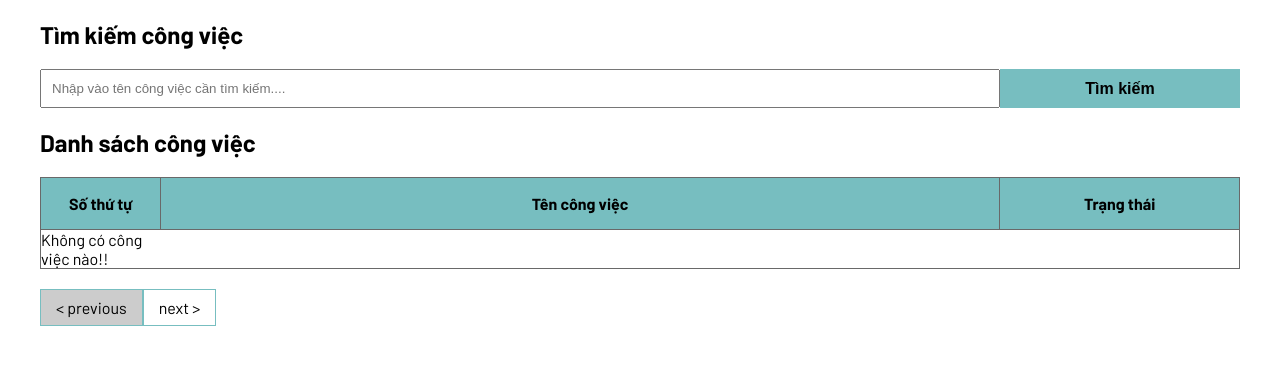
Repository: OkazakiTruong/searchReact
Page: /
The author's editor kept a copy of each file at every save. The page is drawn from the files as they stood at one save, then again after the next save.
The browser window is 1280 px wide. The pictures show the whole page.
The page's requests for data from a server got no answer. The project was rebuilt for these pictures with package versions that can differ from the ones it lists, and the page was loaded fresh each time. No one was signed in, and anything a server would have sent is missing. Also part of the build but not shown: vite.config.js.

Above is the page before, as saved 2024-01-13 22:51:51.

### src/App.jsx
import React from "react";
import { SearchAppContainer } from "./SearchApp/SearchAppContainer";

export const App = () => {
  return (
    <div className="app">
      <SearchAppContainer />
    </div>
  );
};

### src/index.css
@import url("https://fonts.googleapis.com");
@import url("https://fonts.gstatic.com");
@import url("https://fonts.googleapis.com/css2?family=Barlow:ital,wght@0,100;0,200;0,300;0,400;0,500;0,600;0,700;0,800;0,900;1,100;1,200;1,300;1,400;1,500;1,600;1,700;1,800;1,900&display=swap");

* {
  padding: 0;
  margin: 0;
  box-sizing: border-box;
}

body {
  font-family: "Barlow", sans-serif;
}
ul,
li {
  list-style: none;
}

.app {
  max-width: 1250px;
  padding: 0 25px;
  margin: 0 auto;
}

### src/SearchApp/SearchAppContainer.jsx
import React, { useCallback, useEffect, useState, useRef } from "react";
import { ListTodo } from "./Todo/ListTodo";
import { Search } from "./Search/Search";
import { Pagination } from "./Pagination/Pagination";
import debounce from "lodash.debounce";
export const SearchAppContainer = () => {
  const [todos, setTodos] = useState(null);
  const [todoSearch, setTodosSearch] = useState(null);
  const [totalPage, setTotalPage] = useState(null);
  const [currentPage, setCurrentPage] = useState(1);
  const [filter, setFilter] = useState({
    title_like: "",
  });
  // const debounceDropDown = useRef(
  //   debounce((nextValue) => fetchDropdownOptions(nextValue), 1000)
  // ).current;
  useEffect(() => {
    const params = new URLSearchParams(filter).toString();
    //fetch api
    fetch(
      `https://jsonplaceholder.typicode.com/todos?_page=${currentPage}&_limit=10&${params}`,
      {
        method: "GET",
        headers: {
          "Content-type": "application/json",
        },
      }
    )
      .then((response) => {
        setTotalPage(Math.ceil(+response.headers.get("x-total-count") / 10));
        return response.json();
      })
      .then((data) => {
        console.log(data);
        setTodos(data);
      });
  }, [currentPage, filter]);
  const handlePageClick = (event) => {
    setCurrentPage(++event.selected);
  };
  const handleSearch = (event) => {
    const dataSearch = event.target.value;
    setFilter({ ...filter, title_like: `${dataSearch}` });
  };
  return (
    <div>
      <Search todos={todos} handleSearch={handleSearch} />
      <ListTodo todos={todos} />
      <Pagination totalPage={totalPage} handlePageClick={handlePageClick} />
    </div>
  );
};

### src/SearchApp/Todo/ListTodo.jsx
import React from "react";
import "./listTodo.css";

export const ListTodo = ({ todos }) => {
  return (
    <>
      <h2>Danh sách công việc</h2>
      <table>
        <tbody>
          <tr>
            <th className="numerical-order">Số thứ tự</th>
            <th className="todo-name">Tên công việc</th>
            <th className="status">Trạng thái</th>
          </tr>
          {!todos
            ? "Không có công việc nào!!"
            : todos.map((todo, index) => (
                <tr key={todo.id}>
                  <td className="numeric-order">{todo.id}</td>
                  <td>{todo.title}</td>
                  <td>
                    {todo.completed ? "Đã hoàn thành" : "Chưa hoàn thành"}
                  </td>
                </tr>
              ))}
        </tbody>
      </table>
    </>
  );
};

### src/SearchApp/Search/Search.jsx
import React, { useRef } from "react";
import "./Search.css";

export const Search = ({ todos, handleSearch }) => {
  const suggestRef = useRef(null);
  const inputRef = useRef(null);
  const handleFocus = () => {
    console.log(suggestRef.current);
    suggestRef.current.classList.add("active");
  };
  const handleBlur = () => {
    // suggestRef.current.classList.remove("active");
  };
  return (
    <div className="search-container">
      <h2>Tìm kiếm công việc</h2>
      <form action="#">
        <div className="search-bar">
          <input
            type="text"
            placeholder="Nhập vào tên công việc cần tìm kiếm...."
            ref={inputRef}
            onFocus={handleFocus}
            onBlur={handleBlur}
            onChange={(e) => {
              handleSearch(e);
            }}
          />
          <button>Tìm kiếm</button>
        </div>
      </form>
      <div className="search-suggest" ref={suggestRef}>
        {todos === null
          ? "Không có todo nào"
          : todos?.map((todo) => {
              return (
                <p
                  className="todo-search-suggest"
                  key={todo.id}
                  onClick={(e) => {
                    console.log(e.target.innerText);
                    inputRef.current.value += " " + e.target.innerText;
                  }}
                >
                  {todo.title}
                </p>
              );
            })}
      </div>
    </div>
  );
};

### src/SearchApp/Pagination/Pagination.jsx
import React from "react";
import ReactPaginate from "react-paginate";
import "./pagination.css";

export const Pagination = ({ totalPage, handlePageClick }) => {
  return (
    <div className="pagination-container">
      <ReactPaginate
        nextLabel="next >"
        onPageChange={handlePageClick}
        pageRangeDisplayed={3}
        marginPagesDisplayed={2}
        pageCount={totalPage}
        previousLabel="< previous"
        pageClassName="page-item"
        pageLinkClassName="page-link"
        previousClassName="page-item"
        previousLinkClassName="page-link"
        nextClassName="page-item"
        nextLinkClassName="page-link"
        breakLabel="..."
        breakClassName="page-item"
        breakLinkClassName="page-link"
        containerClassName="pagination"
        activeClassName="active"
        renderOnZeroPageCount={null}
      />
    </div>
  );
};

### src/SearchApp/Todo/listTodo.css
table {
  width: 100%;
}
table,
th,
td {
  border: 1px solid #696969;
  border-collapse: collapse;
}
th,
td {
  padding: 16px;
}
th {
  background-color: #77bec0;
}
th.todo-name {
  width: 70%;
}
th.numeric-order {
  width: 10%;
}
th.status {
  width: 20%;
}
td.numeric-order {
  text-align: center;
}
h2 {
  margin-bottom: 20px;
}

### src/SearchApp/Search/Search.css
input {
  width: 80%;
  padding: 10px;
}
button {
  width: 20%;
  cursor: pointer;
  background-color: #77bec0;
  border: #77bec0;
  font-weight: 600;
  font-size: 16px;
}
.search-container {
  margin: 20px 0;
  position: relative;
}
.search-bar {
  display: flex;
  width: 100%;
}
.search-suggest {
  border: 1px solid #77bec0;
  position: absolute;
  width: 80%;
  height: 200px;
  background-color: white;
  padding: 10px 0 10px 0;
  overflow: auto;
  visibility: hidden;
}
.search-suggest.active {
  visibility: visible;
  background-color: white;
}
.search-suggest::-webkit-scrollbar-track {
  -webkit-box-shadow: inset 0 0 6px rgba(0, 0, 0, 0.3);
  background-color: #f5f5f5;
}
.search-suggest::-webkit-scrollbar {
  width: 4px;
  background-color: #f5f5f5;
}
.search-suggest::-webkit-scrollbar-thumb {
  background-color: #579092;
  border: 2px solid #579092;
}

.todo-search-suggest {
  padding: 10px;
}
.todo-search-suggest:hover {
  background-color: #ccc;
  cursor: pointer;
}

### src/SearchApp/Pagination/pagination.css
.pagination-container {
  margin: 20px 0 !important;
}
.pagination {
  display: flex;
}
.pagination .page-link {
  border: 1px solid #77bec0;
  display: block;
  padding: 8px 15px;
  cursor: pointer;
  user-select: none;
}

.pagination .page-link:hover {
  background-color: #e4e4e4;
}

.active {
  background-color: #77bec0;
}

.disabled {
  background-color: #ccc;
  cursor: not-allowed;
}

Loaded but not shown: index.html (common file); src/main.jsx (common file)

After the next save:
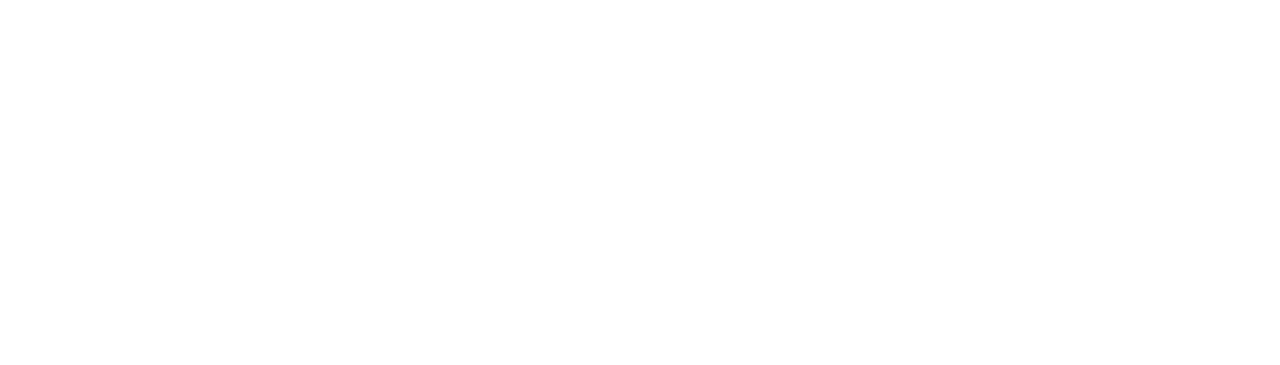
Console error: ReferenceError: handleBlur is not defined
Saved 3 min 58 s later.
--- a/src/SearchApp/Search/Search.jsx
+++ b/src/SearchApp/Search/Search.jsx
@@ -8,11 +8,14 @@
     console.log(suggestRef.current);
     suggestRef.current.classList.add("active");
   };
-  const handleBlur = () => {
-    // suggestRef.current.classList.remove("active");
+  const handleClickOutside = (event) => {
+    const { target } = event;
+    if (!this.wrapperRef.current.contains(target)) {
+      alert("you clicked outside!");
+    }
   };
   return (
-    <div className="search-container">
+    <div className="search-container" on>
       <h2>Tìm kiếm công việc</h2>
       <form action="#">
         <div className="search-bar">

After the 4 saves that followed:
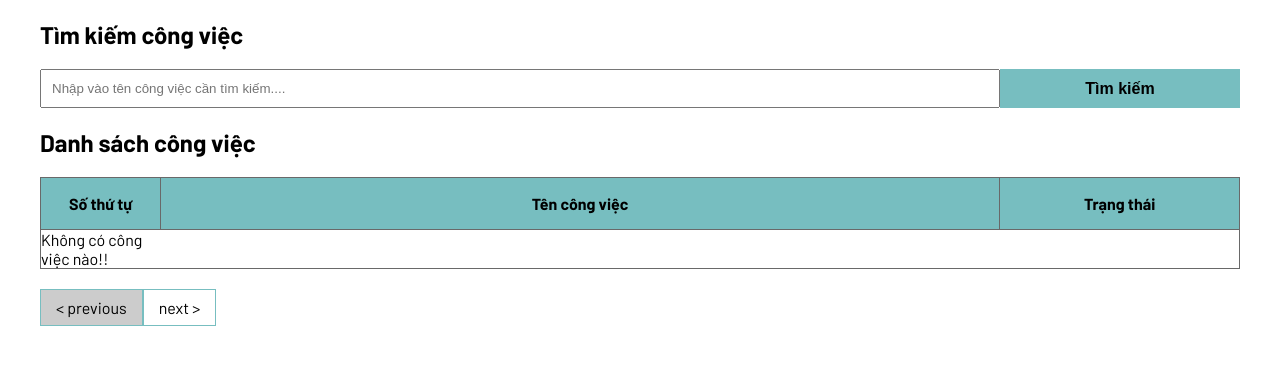
The error is gone.
The 4 saves are shown as one change because 1 did not build or start and 2 left the picture as it was.
The last was saved 5 min 16 s later.
--- a/src/SearchApp/Search/Search.jsx
+++ b/src/SearchApp/Search/Search.jsx
@@ -1,30 +1,31 @@
-import React, { useRef } from "react";
+import React, { useEffect, useRef } from "react";
 import "./Search.css";
 
 export const Search = ({ todos, handleSearch }) => {
   const suggestRef = useRef(null);
-  const inputRef = useRef(null);
+  const searchContainerRef = useRef(null);
   const handleFocus = () => {
     console.log(suggestRef.current);
     suggestRef.current.classList.add("active");
   };
   const handleClickOutside = (event) => {
     const { target } = event;
-    if (!this.wrapperRef.current.contains(target)) {
+    if (!searchContainerRef.current.contains(target)) {
       alert("you clicked outside!");
     }
   };
+  useEffect(() => {
+    document.addEventListener("click", handleClickOutside);
+  });
   return (
-    <div className="search-container" on>
+    <div className="search-container" ref={searchContainerRef}>
       <h2>Tìm kiếm công việc</h2>
       <form action="#">
         <div className="search-bar">
           <input
             type="text"
             placeholder="Nhập vào tên công việc cần tìm kiếm...."
-            ref={inputRef}
             onFocus={handleFocus}
-            onBlur={handleBlur}
             onChange={(e) => {
               handleSearch(e);
             }}
